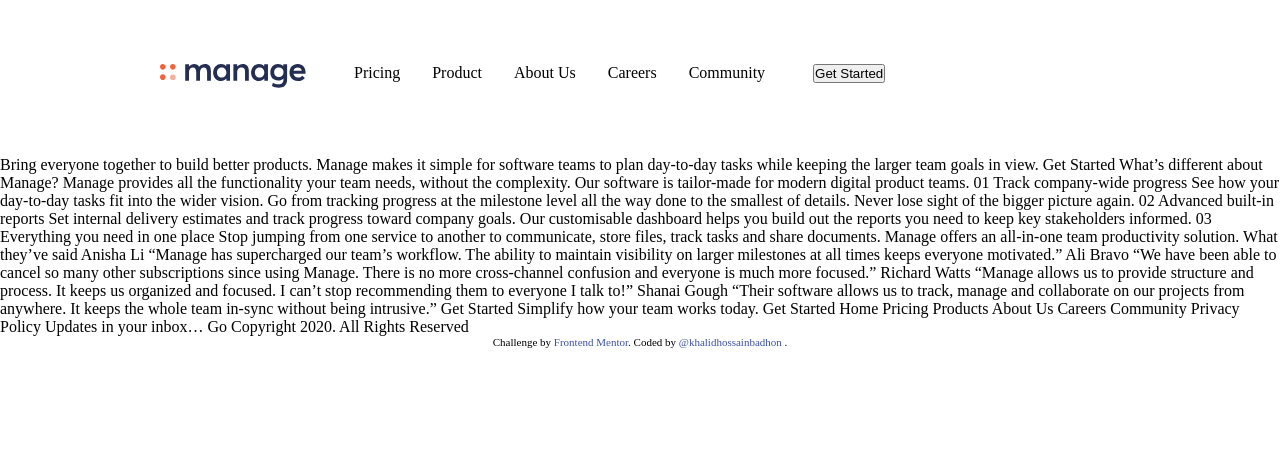
Repository: badhon252/revision
Page: manage-landing-page-master/index.html
An editor plug-in stored every save of this project. The page is shown before and after the next save, followed by the edit.
The browser window is 1280 px wide. The pictures show the whole page.
The style sheet was rebuilt from its Sass, Less or Tailwind sources for each picture, by a compiler version that may differ from the author's.

Above is the page before, as saved 2022-08-07 16:46:03.

### manage-landing-page-master/index.html
<!DOCTYPE html>
<html lang="en">

<head>
  <meta charset="UTF-8">
  <meta name="viewport" content="width=device-width, initial-scale=1.0">
  <!-- displays site properly based on user's device -->

  <link rel="icon" type="image/png" sizes="32x32" href="./images/favicon-32x32.png">
  <link rel="stylesheet" href="./sass/style.css">
  <title>Frontend Mentor | Manage landing page</title>

</head>

<body>




  <header>
    <nav class="navbar">
      <div class="navbar-brand">
        <img src="./images/logo.svg" alt="">
      </div>

      <ul class="navs">
        <li class="nav-item"><a href="#" class="nav-link">Pricing</a></li>
        <li class="nav-item"><a href="#" class="nav-link">Product</a></li>
        <li class="nav-item"><a href="#" class="nav-link">About Us</a></li>
        <li class="nav-item"><a href="#" class="nav-link">Careers</a></li>
        <li class="nav-item"><a href="#" class="nav-link">Community</a></li>
      </ul>
      <div class="get-start">
        <button class="btn"><a href="#">Get Started</a></button>
      </div>

    </nav>
  </header>















  Bring everyone together to build better products.

  Manage makes it simple for software teams to plan day-to-day
  tasks while keeping the larger team goals in view.

  Get Started

  What’s different about Manage?

  Manage provides all the functionality your team needs, without
  the complexity. Our software is tailor-made for modern digital
  product teams.

  01
  Track company-wide progress
  See how your day-to-day tasks fit into the wider vision. Go from
  tracking progress at the milestone level all the way done to the
  smallest of details. Never lose sight of the bigger picture again.

  02
  Advanced built-in reports
  Set internal delivery estimates and track progress toward company
  goals. Our customisable dashboard helps you build out the reports
  you need to keep key stakeholders informed.

  03
  Everything you need in one place
  Stop jumping from one service to another to communicate, store files,
  track tasks and share documents. Manage offers an all-in-one team
  productivity solution.

  What they’ve said

  Anisha Li
  “Manage has supercharged our team’s workflow. The ability to maintain
  visibility on larger milestones at all times keeps everyone motivated.”

  Ali Bravo
  “We have been able to cancel so many other subscriptions since using
  Manage. There is no more cross-channel confusion and everyone is much
  more focused.”

  Richard Watts
  “Manage allows us to provide structure and process. It keeps us organized
  and focused. I can’t stop recommending them to everyone I talk to!”

  Shanai Gough
  “Their software allows us to track, manage and collaborate on our projects
  from anywhere. It keeps the whole team in-sync without being intrusive.”

  Get Started

  Simplify how your team works today.
  Get Started

  Home
  Pricing
  Products
  About Us
  Careers
  Community
  Privacy Policy

  Updates in your inbox…
  Go

  Copyright 2020. All Rights Reserved


  <div class="attribution">
    Challenge by <a href="https://www.frontendmentor.io?ref=challenge" target="_blank">Frontend Mentor</a>.
    Coded by <a href="#">@khalidhossainbadhon </a>.
  </div>
</body>

</html>

### manage-landing-page-master/sass/style.scss
* {
  margin: 0;
  padding: 0;
  box-sizing: border-box;
  overflow: hidden;
}
@import url("https://fonts.googleapis.com/css2?family=Be+Vietnam+Pro:wght@400;500;700&display=swap");
a {
  text-decoration: none;
  color: #000;
}
header {
  .navbar {
    display: flex;
    padding: 4rem 10rem;
    .navs {
      display: flex;
      margin: 0 2rem;
      .nav-item {
        margin: 0 1rem;
      }
    }
  }
}

// footer======
.attribution {
  font-size: 11px;
  text-align: center;
}

.attribution a {
  color: hsl(228, 45%, 44%);
}

After the next save:
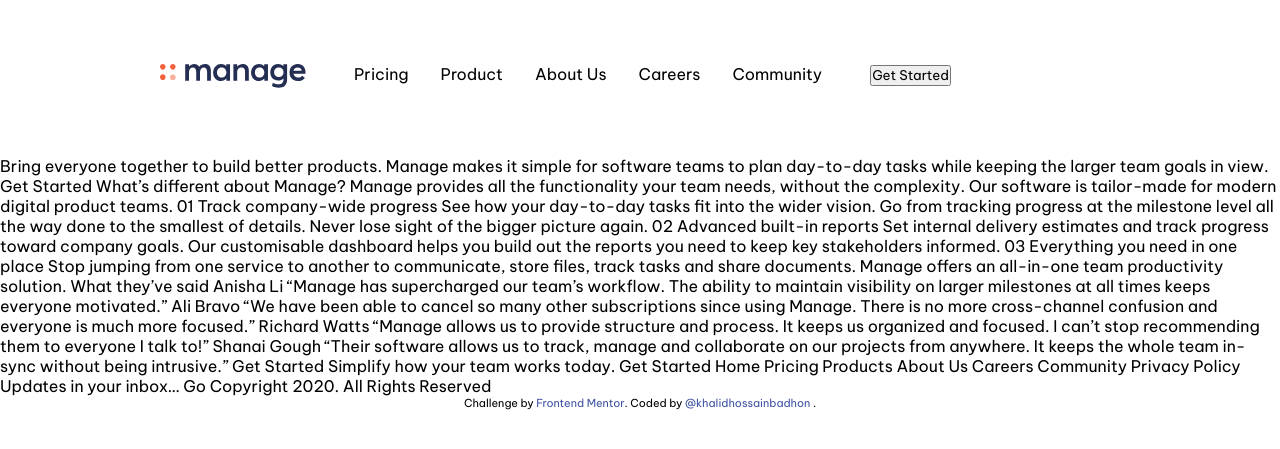
Saved 11 s later.
--- a/manage-landing-page-master/sass/style.scss
+++ b/manage-landing-page-master/sass/style.scss
@@ -3,6 +3,7 @@
   padding: 0;
   box-sizing: border-box;
   overflow: hidden;
+  font-family: "Be Vietnam Pro", sans-serif;
 }
 @import url("https://fonts.googleapis.com/css2?family=Be+Vietnam+Pro:wght@400;500;700&display=swap");
 a {
